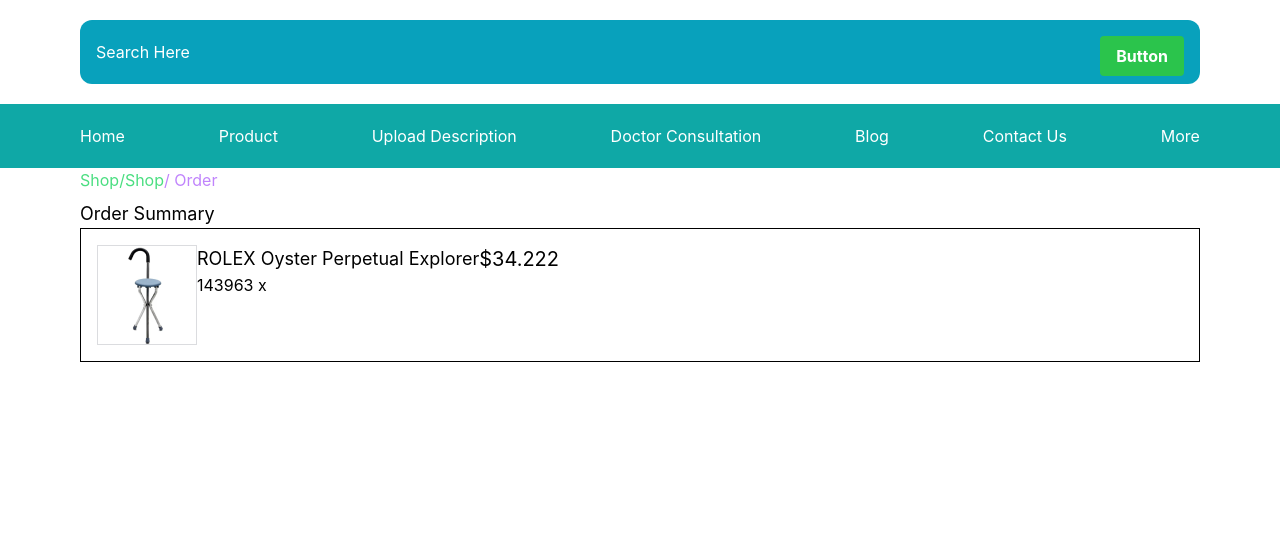
Repository: arafatmollah/pharma
Page: /
These files come from the project's save history. The page is drawn as it stood at one moment and after a run of saves; the edit follows.
The browser window is 1280 px wide. The pictures show the whole page.
The project was rebuilt for these pictures with package versions that can differ from the ones it lists, and the page was loaded fresh each time.

Above is the page before, as saved 2023-03-12 01:40:50.

After the next 2 saves:
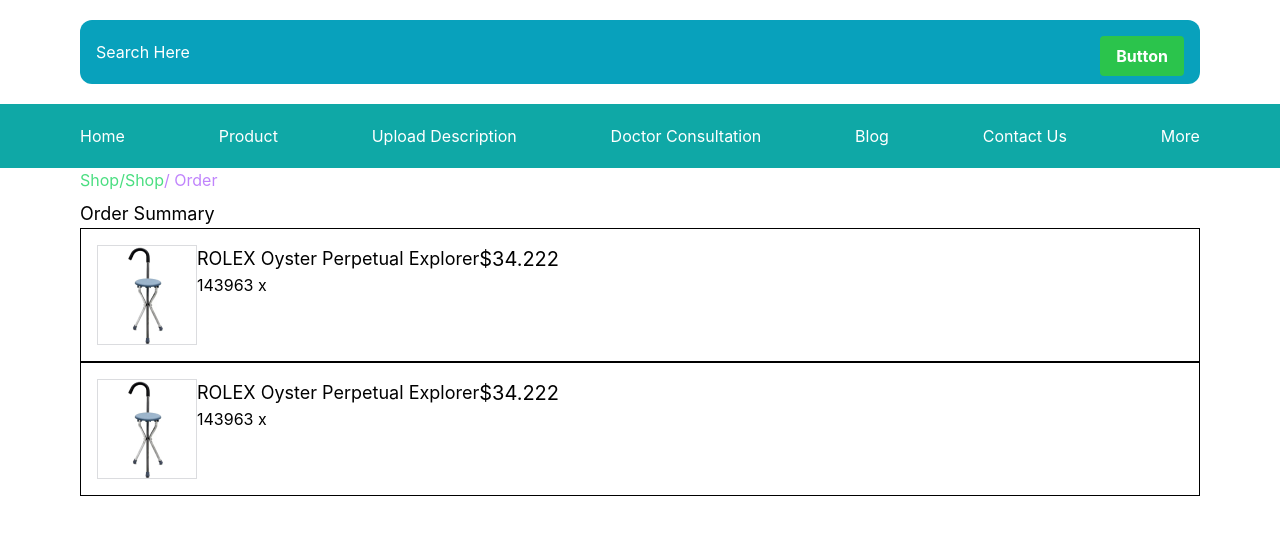
The 2 saves are shown as one change because they came seconds apart.
The last was saved 63 s later.
--- a/src/Order.js
+++ b/src/Order.js
@@ -25,6 +25,18 @@ function order() {
               <h3 className='text-xl'>$34.222</h3>
             </div>
           </div>
+          <div className='flex border-box p-4 order'>
+            <div>
+              <img src={img}></img>
+            </div>
+            <div>
+              <h1 className='text-lg'>ROLEX Oyster Perpetual Explorer</h1>
+              <p>143963 x</p>
+            </div>
+            <div>
+              <h3 className='text-xl'>$34.222</h3>
+            </div>
+          </div>
         </div>
     </div>
   )
